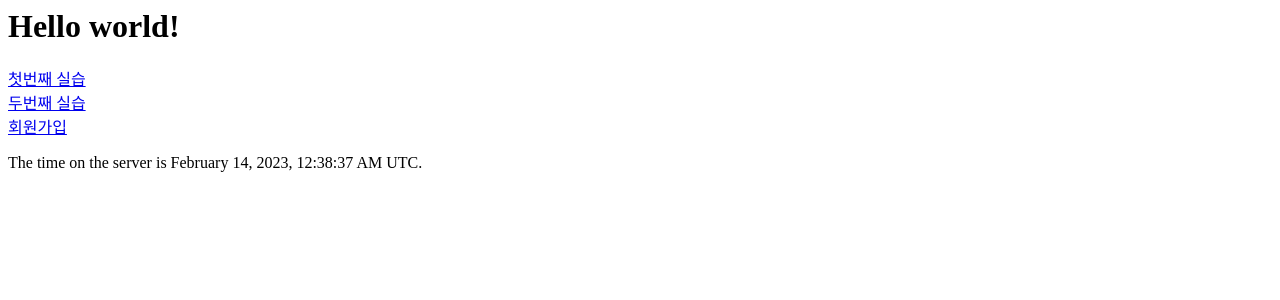
Repository: linklifejo/study_spring
Page: http://localhost/web/
These files come from the project's save history. The page is drawn as it stood at one moment and after the next save; the edit follows.
The browser window is 1280 px wide. The pictures show the whole page.
The page is served by Tomcat 9. The template is opened directly, without the code that normally fills it, so the values that code supplies are empty.

Above is the page before, as saved 2023-02-14 02:04:05.

After the next save:
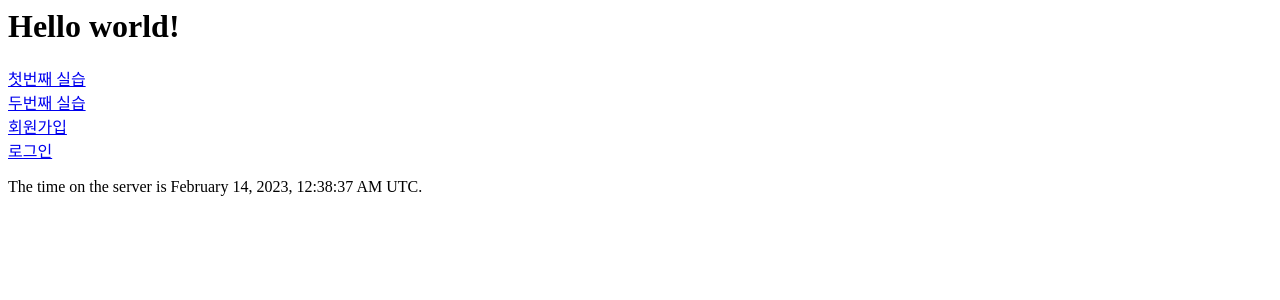
Saved 2 min 48 s later.
--- a/web/src/main/webapp/WEB-INF/views/home.jsp
+++ b/web/src/main/webapp/WEB-INF/views/home.jsp
@@ -13,6 +13,7 @@
 <div><a href='first'>첫번째 실습</a></div>
 <div><a href='second'>두번째 실습</a></div>
 <div><a href='member'>회원가입</a></div>
+<div><a href='login'>로그인</a></div>
 
 <P>  The time on the server is ${serverTime}. </P>
 </body>
